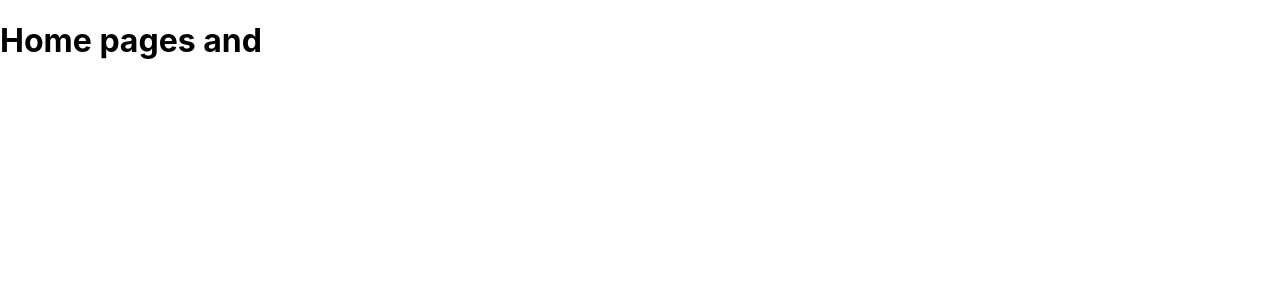
Repository: mergemaven11/Crud_Nextjs
Page: /
These files come from the project's save history. The page is drawn as it stood at one moment and after a run of saves; the edit follows.
The browser window is 1280 px wide. The pictures show the whole page.
The project was rebuilt for these pictures with package versions that can differ from the ones it lists, and the page was loaded fresh each time. The framework's server and built-in components were replaced by stand-ins that run in the browser.

Above is the page before, as saved 2020-10-22 18:42:24.

After the next 2 saves:
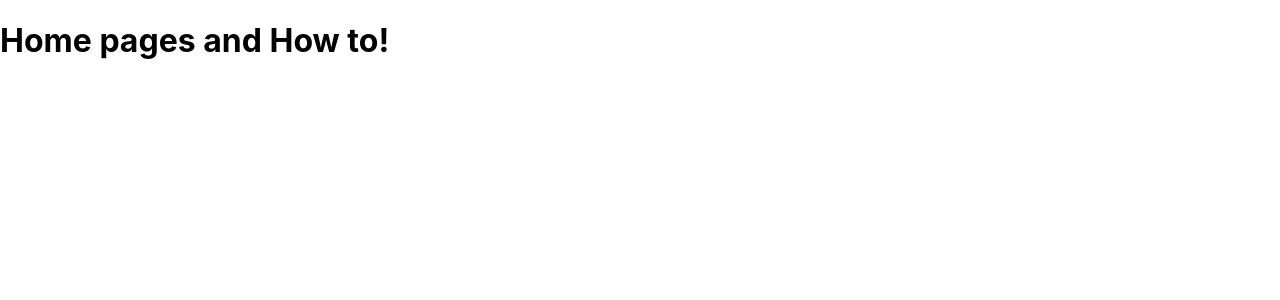
The 2 saves are shown as one change because they came seconds apart.
The last was saved 8 s later.
--- a/pages/index.jsx
+++ b/pages/index.jsx
@@ -1,3 +1,3 @@
 import React from 'react'
 
-export default () => <h1>Home pages and </h1>
+export default () => <h1>Home pages and How to!</h1>
